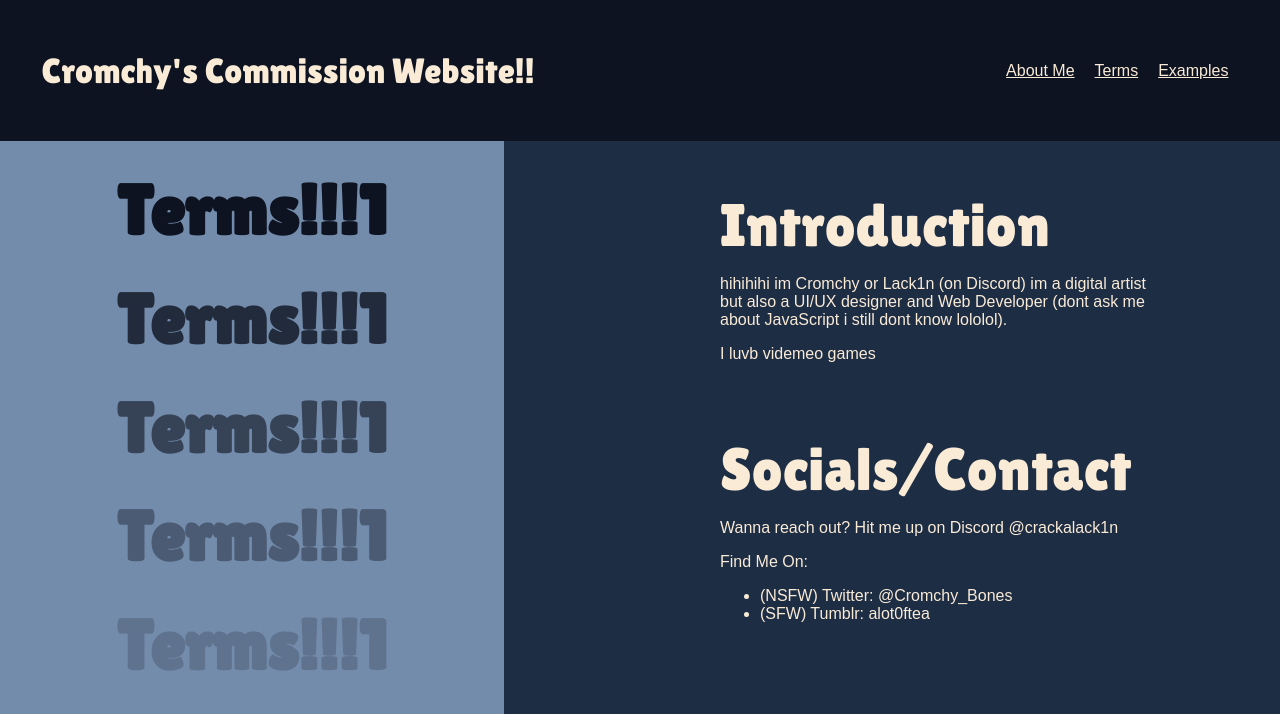
Repository: crackaLack1n/Cromchys_Commission_Site
Page: /Terms
The author's editor kept a copy of each file at every save. The page is drawn from the files as they stood at one save, then again after the next save.
The browser window is 1280 px wide. The pictures show the whole page.
The project was rebuilt for these pictures with package versions that can differ from the ones it lists, and the page was loaded fresh each time. The framework's server and built-in components were replaced by stand-ins that run in the browser. Also part of the build but not shown: next.config.mjs, Components/Footer/footer.module.css, Components/Footer/index.js.

Above is the page before, as saved 2024-06-14 19:12:49.

### pages/_app.js
import "@/styles/globals.css";
import { Lilita_One } from "next/font/google";


const lilita_One = Lilita_One({ weight: '400', subsets: ["latin"] });

export default function App({ Component, pageProps }) {
  return <Component {...pageProps} />;
}

### pages/Terms.js
import styles from '@/styles/Terms.module.css';
import Footer from "@/Components/Footer";
import Header from "@/Components/Header";
import { Lilita_One } from "next/font/google";


const lilita_One = Lilita_One({ weight: '400', subsets: ["latin"] });



export default function Idk() {
  return(
    <>
    <Header/>
    <main className={`${styles.main}`}>
        <div className={styles.mainContainer}>
          <div className={styles.containerLeft}>
            <div className={`${styles.contentLeft} ${lilita_One.className}`}>
              <p >Terms!!!1</p>
              <p style={{ opacity: '0.8' }}>Terms!!!1</p>
              <p style={{ opacity: '0.6' }}>Terms!!!1</p>
              <p style={{ opacity: '0.4' }}>Terms!!!1</p>
              <p style={{ opacity: '0.2' }}>Terms!!!1</p>
            </div>
          </div>
          <div className={styles.containerRight}>
            <div className={styles.contentRight}>
              <div className={styles.section}>
                <h2 className={`${styles.heading} ${lilita_One.className}`}>Introduction</h2>
                <p>
                  hihihihi im Cromchy or Lack1n (on Discord) im a digital artist
                  but also a UI/UX designer and Web Developer (dont ask me about JavaScript i still dont know lololol).
                </p>
                <p>
                  I luvb videmeo games
                </p>
              </div>
              <div className={styles.section}>
                <h2 className={`${styles.heading} ${lilita_One.className}`}>Socials/Contact</h2>
                <p>Wanna reach out? Hit me up on Discord @crackalack1n</p>
                <p>Find Me On: </p>
                  <ul>
                    <li>(NSFW) Twitter: @Cromchy_Bones</li>
                    <li> (SFW) Tumblr: alot0ftea </li>
                  </ul>
              </div>
            </div>
          </div>
        </div>
      </main>
    </>
  )
}

### styles/globals.css
:root {

}

body {
  margin: 0;
}

### styles/Terms.module.css
.main {
  display: flex;
  min-height: 20vh;
  background-color: #748CAB;
}


.mainContainer {
  position: relative;
 display: grid;
 grid-template-columns:  1fr 3fr;
 height: cover;

}

.containerLeft {
  display: flex;
  width: 70vh;
  justify-content: center;
}

.contentLeft p {
  font-size: 70px;
  font-weight: 600;
  margin: 4vh;
  color: #0D1321;
}
.containerRight {
  display: flex;
  padding-left: 30vh;
  background-color: #1D2D44;
  width: auto;
  color: antiquewhite;
  font-family: sans-serif;
}

.heading {
  font-size: 60px;
  margin-bottom: 0;
}
.image {
  z-index: 1;
  top: 30vh;
  left: 50vh;
  position: absolute;
  border-radius: 10px;
  box-shadow: #0D1321 10px 5px 5px ;
}

.section {
margin-bottom: 10vh;
width: 80%;
}

/* Mobile */
@media (max-width: 700px) {

}

/* Tablet and Smaller Desktop */
@media (min-width: 701px) and (max-width: 1120px) {

}

### Components/Header/index.js
import Link from "next/link"
import style from './header.module.css';
import { Lilita_One } from "next/font/google";


const lilita_One = Lilita_One({ weight: '400', subsets: ["latin"] });

export default function Header() {
  return (
    <>
      <div className={style.main}>
        <h2 className={`${style.heading} ${lilita_One.className}`}>Cromchy's Commission Website!!</h2>
        <nav className={style.nav}>
          <ul className={style.buttons}>
            <li><Link href={`/`}>About Me</Link></li>
            <li><Link href={`/Terms`}>Terms</Link></li>
            <li><Link href={`/Examples`}>Examples</Link></li>
          </ul>
        </nav>
      </div>
    </>
  )
}

### Components/Header/header.module.css
.main {
  display: flex;
  justify-content: space-between;
  padding: 3vh;
  background-color: #0D1321;
  color: antiquewhite;
  align-items: center;

}

.main h2 {
  font-size: 35px;
  margin-left: 20px;

}

.nav {
justify-content: end;
font-family: sans-serif;
margin-right: 20px;

}

.buttons {
  display: flex;

}

.buttons li {
  padding: 10px;
  list-style-type: none;
  color: antiquewhite;
}

.buttons a {
  color: antiquewhite;
}

Loaded but not shown: pages/_document.js (common file)

After the next save:
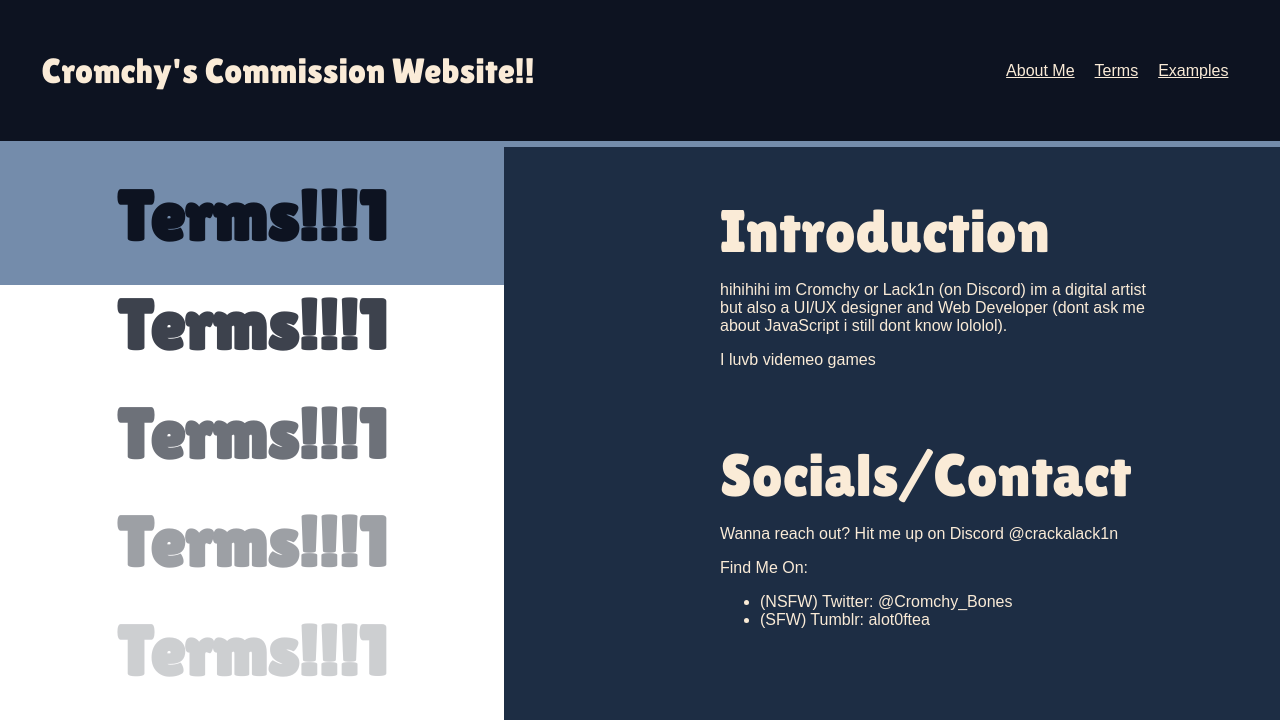
Saved 60 s later.
--- a/styles/Terms.module.css
+++ b/styles/Terms.module.css
@@ -9,7 +9,8 @@
   position: relative;
  display: grid;
  grid-template-columns:  1fr 3fr;
- height: cover;
+ position: absolute;
+ bottom: 0;
 
 }
 

After the save that followed:
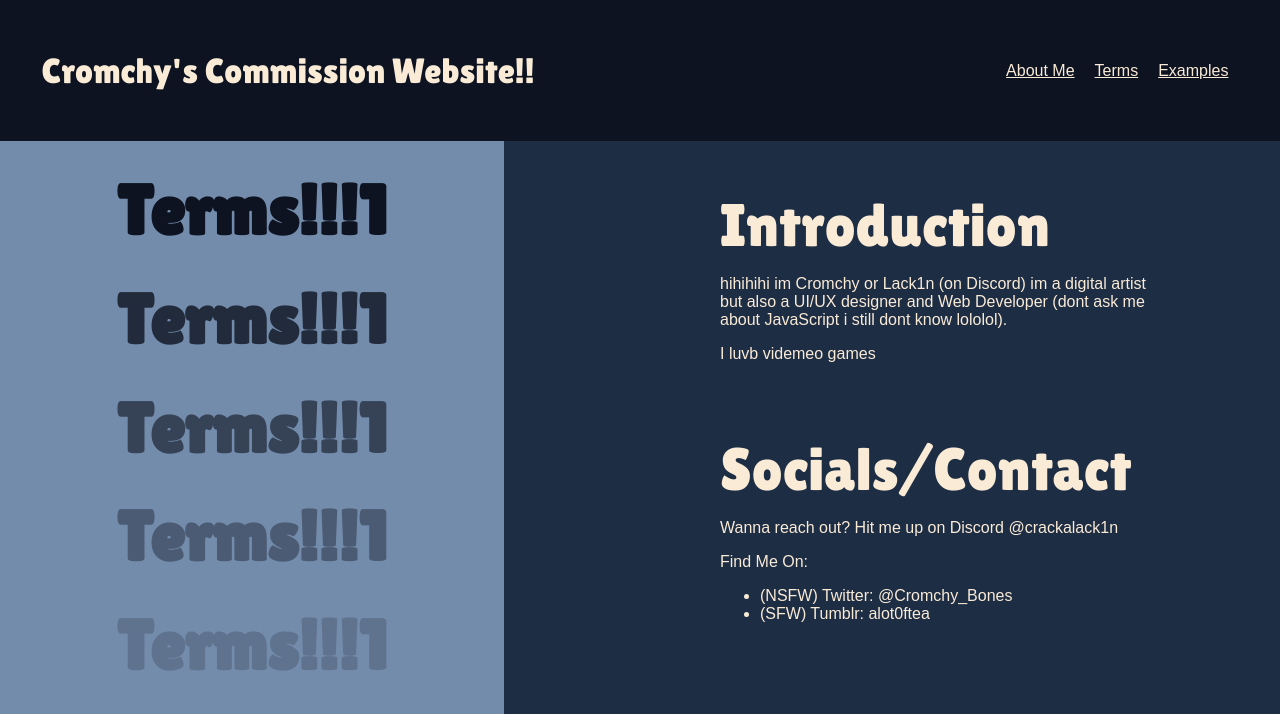
Saved 11 s later.
--- a/styles/Terms.module.css
+++ b/styles/Terms.module.css
@@ -9,8 +9,7 @@
   position: relative;
  display: grid;
  grid-template-columns:  1fr 3fr;
- position: absolute;
- bottom: 0;
+
 
 }
 
